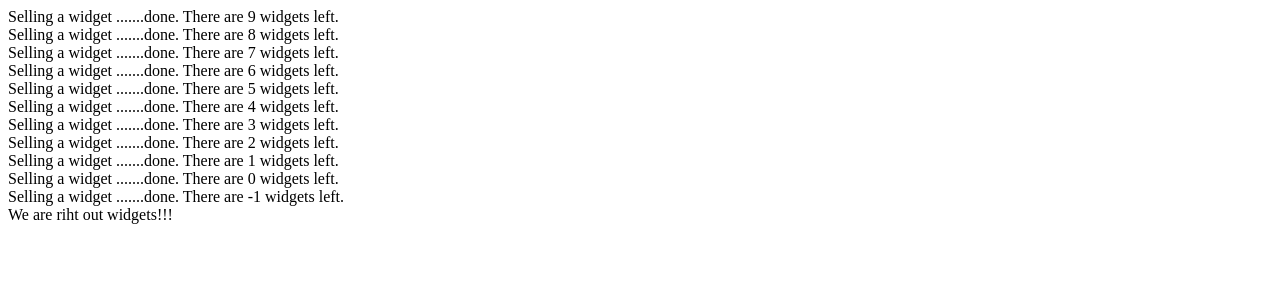
Repository: hhugohm/php_basic
Page: http://localhost/src/widgets.php
An editor plug-in stored every save of this project. The page is shown before and after the next save, followed by the edit.
The browser window is 1280 px wide. The pictures show the whole page.
The page is run by PHP 8.4 with error messages shown; the project is at /var/www/html/.

Above is the page before, as saved 2017-06-08 22:02:12.

After the next save:
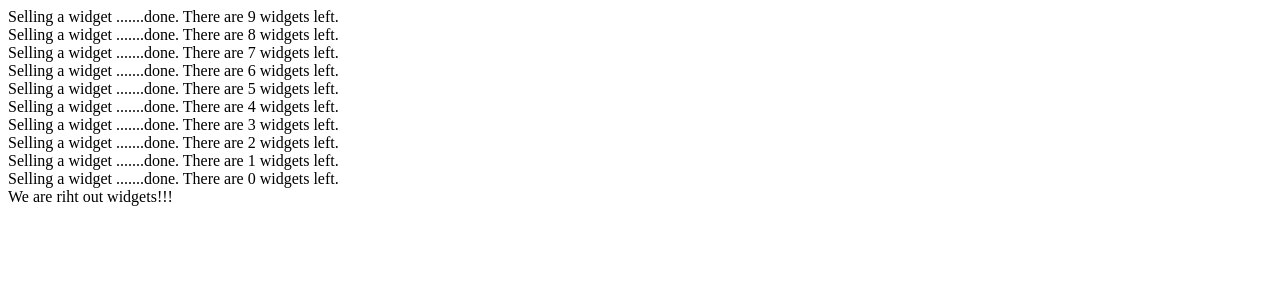
Saved 31 s later.
--- a/php_unidad4/src/widgets.php
+++ b/php_unidad4/src/widgets.php
@@ -2,7 +2,7 @@
 
  $count =10;
 
- while ($count>=0){
+ while ($count>0){
  	$count = $count-1;
  	echo "Selling a widget .......done. ";
  	echo "There are $count widgets left.<br>";
